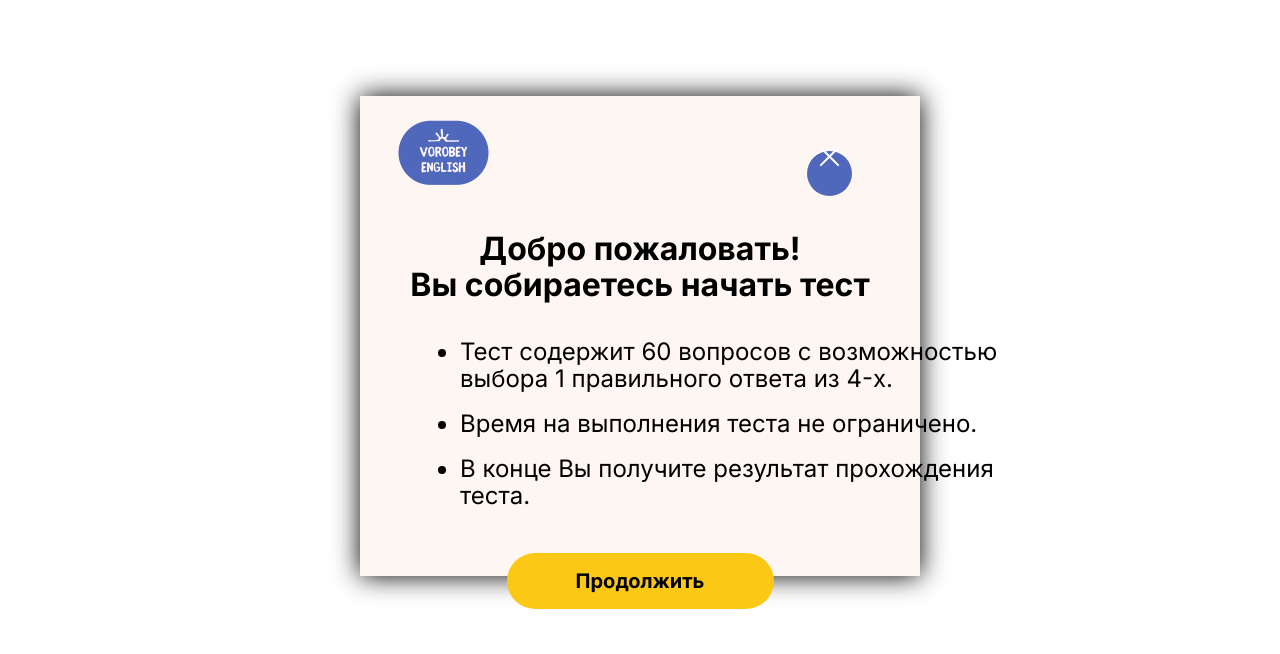
Repository: WladimirVA/PP-01-01_Dandelions
Page: next_test.html
The author's editor kept a copy of each file at every save. The page is drawn from the files as they stood at one save, then again after the next save.
The browser window is 1280 px wide. The pictures show the whole page.

Above is the page before, as saved 2023-02-14 16:34:16.

After the next save:
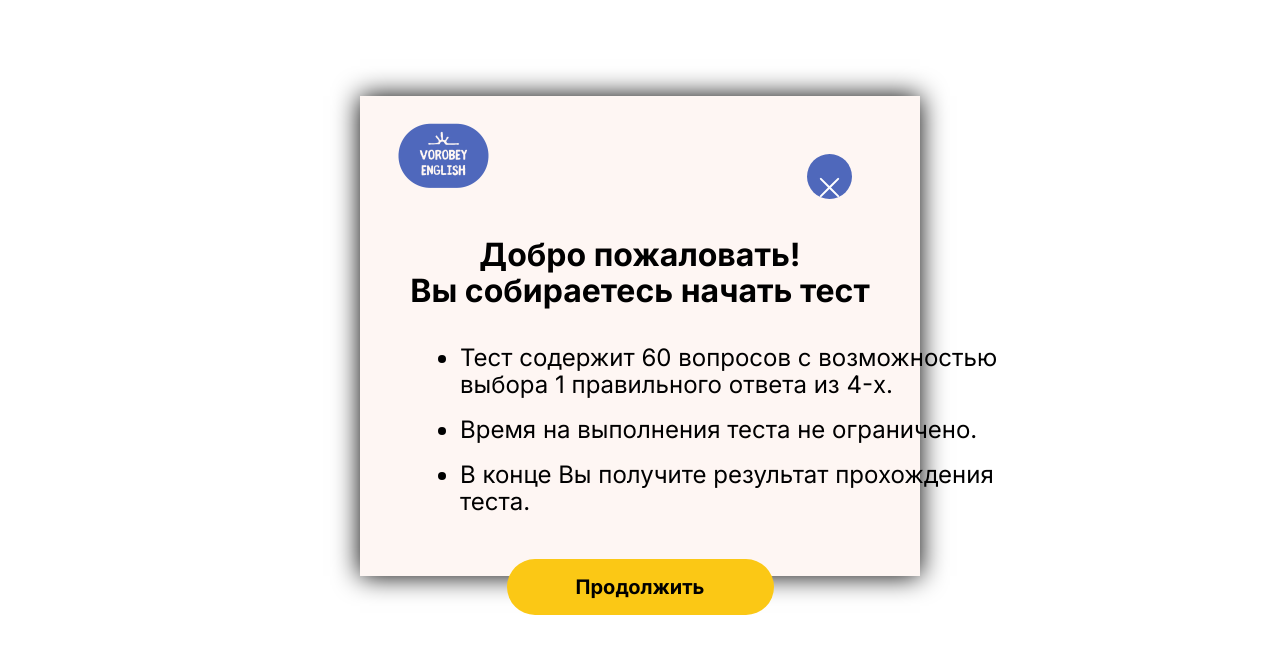
Saved 9 s later.
--- a/static/css/name.css
+++ b/static/css/name.css
@@ -25,7 +25,7 @@ body {
 }
 
 .Name-logo a {
-    margin: 24px 0 0 0px;
+    margin: 55px 0 0 0px;
 }
 
 .Name-logo-img1 {

After the save that followed:
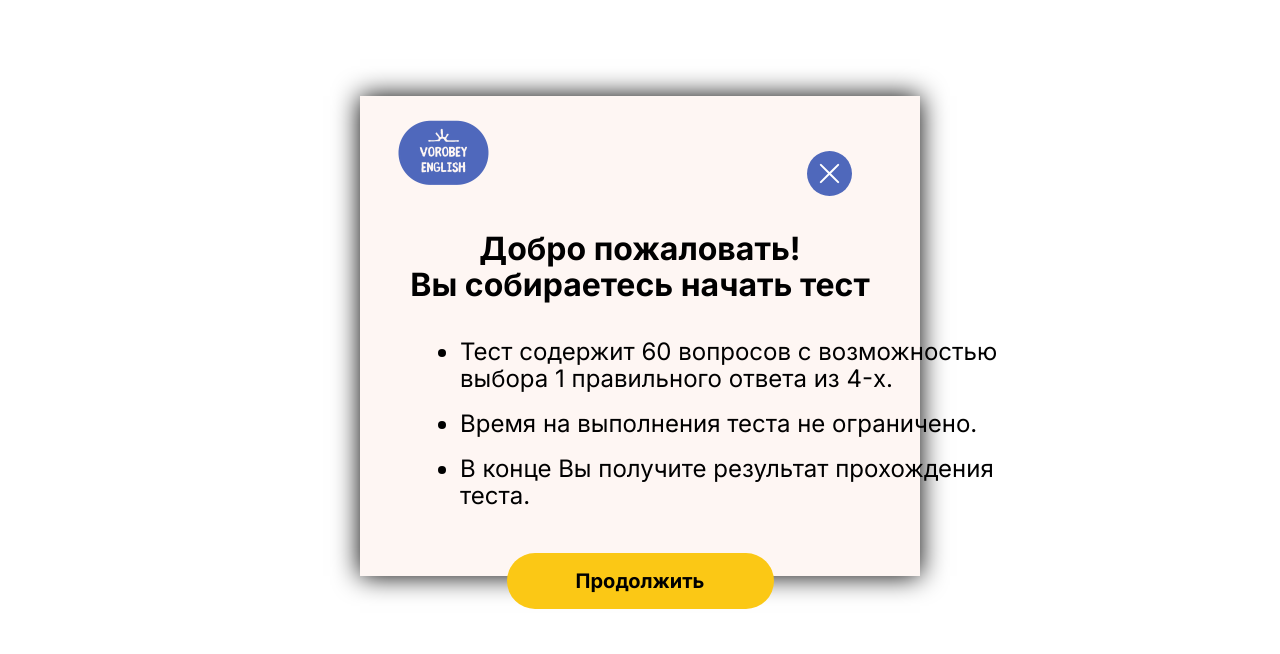
Saved 53 s later.
--- a/static/css/name.css
+++ b/static/css/name.css
@@ -33,7 +33,7 @@ body {
 }
 
 .Name-logo-img {
-    margin: 26px 0 0 -33px;
+    margin: 12px 0 0 -33px;
 }
 
 
